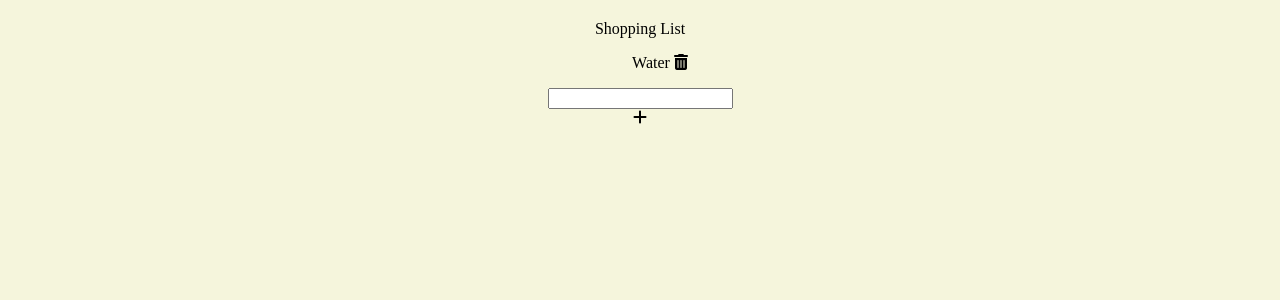
Repository: keehoonjung/Shopping-list
Page: index.html
The author's editor kept a copy of each file at every save. The page is drawn from the files as they stood at one save, then again after the next save.
The browser window is 1280 px wide. The pictures show the whole page.
Some web libraries are served in a nearby version.

Above is the page before, as saved 2021-08-07 17:16:55.

### index.html
<!DOCTYPE html>
<html lang="en">
<head>
    <meta charset="UTF-8">
    <meta http-equiv="X-UA-Compatible" content="IE=edge">
    <meta name="viewport" content="width=device-width, initial-scale=1.0">
    <title>Shopping-list</title>
    <script src="main.js" defer></script>
    <link rel="stylesheet" href="style.css">
    <script src="https://kit.fontawesome.com/a7a8d59961.js" crossorigin="anonymous"></script>
</head>
<body>
    <div class="container">
        <div class="header">
            Shopping List
        </div>
        <section class="main">
            <ul>
                <li>
                    <span> Water </span>
                    <i class="fas fa-trash-alt"></i>
                </li>
            </ul>
        </section>
        <input type="text" class="input_text">
        <div class="footer">
            <i class="fas fa-plus"></i>
        </div>
    </div>
</body>
</html>

### style.css
body {
  background-color: beige;
  text-align: center;
}

li {
  list-style: none;
}

.container {
  margin-top: 20px;
}

Loaded but not shown: main.js (no stored copy; drawn as an empty file)

After the next save:
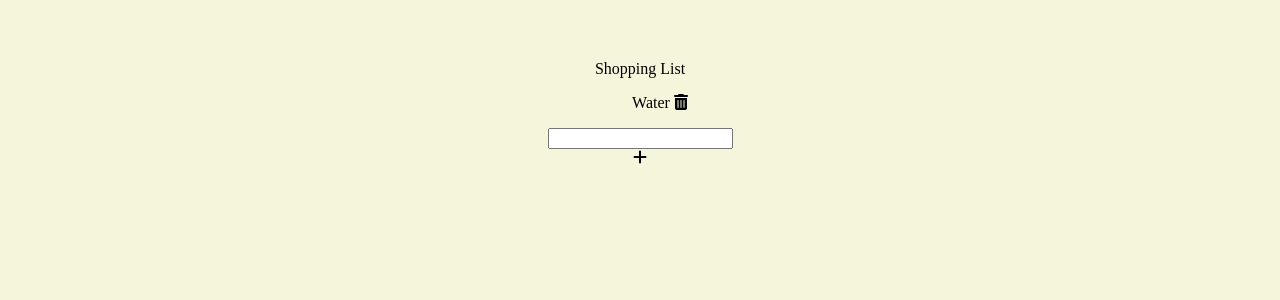
Saved 4 s later.
--- a/style.css
+++ b/style.css
@@ -8,5 +8,5 @@
 }
 
 .container {
-  margin-top: 20px;
+  margin-top: 60px;
 }
